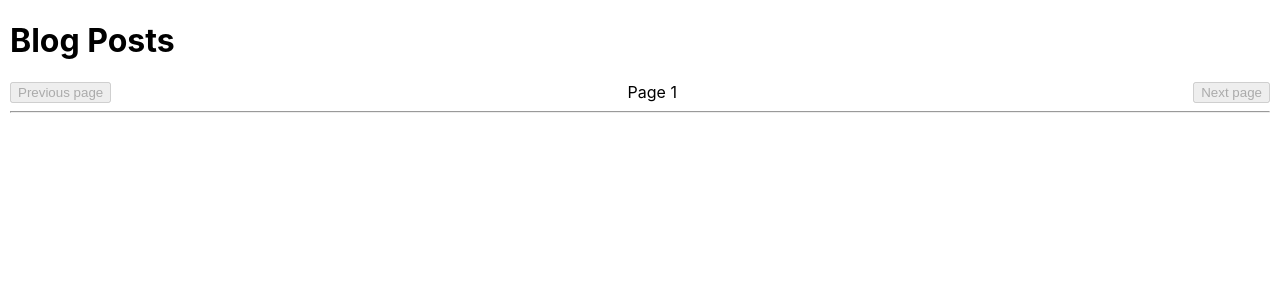
Repository: mohamediyas/react-query
Page: /
The author's editor kept a copy of each file at every save. The page is drawn from the files as they stood at one save, then again after a run of saves.
The browser window is 1280 px wide. The pictures show the whole page.
The page's requests for data from a server got no answer. The project was rebuilt for these pictures with package versions that can differ from the ones it lists, and the page was loaded fresh each time. No one was signed in, and anything a server would have sent is missing. Also part of the build but not shown: src/PostDetail.jsx.

Above is the page before, as saved 2021-06-19 20:07:45.

### src/App.jsx
import { Posts } from "./Posts";
import "./App.css";
import { QueryClient, QueryClientProvider } from "react-query";

const queryClient = new QueryClient();

function App() {
  return (
    // provide React Query client to App
    <QueryClientProvider client={queryClient}>
      <div className="App">
        <h1>Blog Posts</h1>
        <Posts />
      </div>
    </QueryClientProvider>
  );
}

export default App;

### src/Posts.jsx
import { useState } from "react";

import { PostDetail } from "./PostDetail";
const maxPostPage = 10;

async function fetchPosts() {
  const response = await fetch(
    "https://jsonplaceholder.typicode.com/posts?_limit=10&_page=0"
  );
  return response.json();
}

export function Posts() {
  const [currentPage, setCurrentPage] = useState(0);
  const [selectedPost, setSelectedPost] = useState(null);

  // replace with useQuery
  const data = [];

  return (
    <>
      <ul>
        {data.map((post) => (
          <li
            key={post.id}
            className="post-title"
            onClick={() => setSelectedPost(post)}
          >
            {post.title}
          </li>
        ))}
      </ul>
      <div className="pages">
        <button disabled onClick={() => {}}>
          Previous page
        </button>
        <span>Page {currentPage + 1}</span>
        <button disabled onClick={() => {}}>
          Next page
        </button>
      </div>
      <hr />
      {selectedPost && <PostDetail post={selectedPost} />}
    </>
  );
}

Loaded but not shown: public/index.html (common file); src/index.js (common file); src/index.css (common file); src/reportWebVitals.js (common file); src/App.css (common file)

After the next 3 saves:
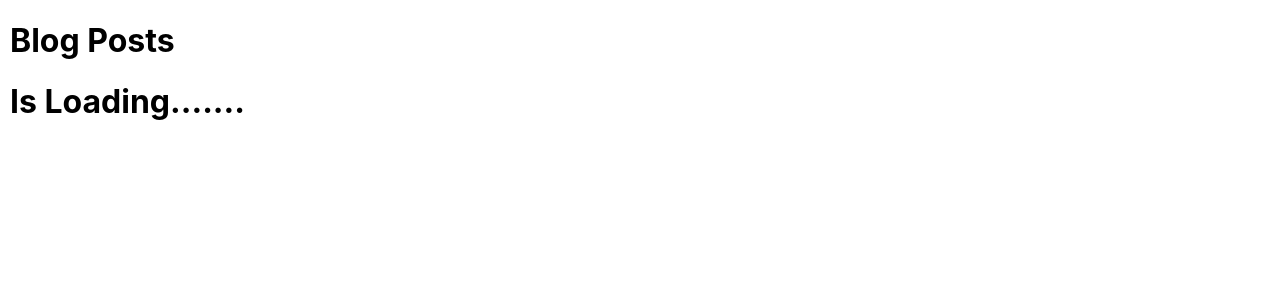
The 3 saves are shown as one change because 2 did not build or start.
The last was saved 21 min 43 s later.
--- a/src/Posts.jsx
+++ b/src/Posts.jsx
@@ -1,4 +1,5 @@
 import { useState } from "react";
+import { useQuery } from "react-query";
 
 import { PostDetail } from "./PostDetail";
 const maxPostPage = 10;
@@ -15,7 +16,19 @@ export function Posts() {
   const [selectedPost, setSelectedPost] = useState(null);
 
   // replace with useQuery
-  const data = [];
+  const { isLoading, isError, error, data } = useQuery("posts", fetchPosts);
+
+  //isloading
+  if (isLoading) return <h1>Is Loading.......</h1>;
+
+  // iserroe
+  if (isError)
+    return (
+      <>
+        {" "}
+        <h1>Something went wrong</h1> <p>{error}</p>{" "}
+      </>
+    );
 
   return (
     <>
